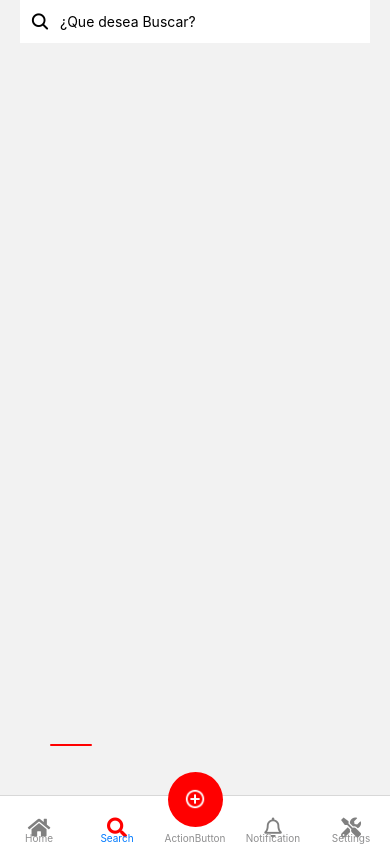
Repository: albertoue93/taller-react-native
Screen: /Search
The author's editor kept a copy of each file at every save. The screen is drawn from the files as they stood at one save, then again after the next save.
The page's requests for data from a server got no answer. The app was drawn by React Native's web renderer in a window 390 px wide. The project was rebuilt for these pictures with package versions that can differ from the ones it lists, and the page was loaded fresh each time. No one was signed in, and anything a server would have sent is missing. Also part of the build but not shown: components/Card.js, screens/PaginaNueva.js, screens/PaginaNoti.js, screens/PaginaConfig.js.

Above is the screen before, as saved 2021-08-26 16:55:00.

### App.js
import { StatusBar } from 'expo-status-bar';
import React from 'react';
import { StyleSheet, Text, View, Animated, Dimensions, Image, TouchableOpacity, Platform } from 'react-native';

import 'react-native-gesture-handler';
import { NavigationContainer } from '@react-navigation/native';
import { createBottomTabNavigator } from '@react-navigation/bottom-tabs';

import plus from './assets/plus.png';

import { FontAwesome5 } from '@expo/vector-icons';
import { useRef } from 'react';

import PaginaHome from './screens/PaginaHome';
import PaginaBuscar from './screens/PaginaSearch';
import PaginaNueva from './screens/PaginaNueva';
import PaginaNoti from './screens/PaginaNoti';
import PaginaConfig from './screens/PaginaConfig';

const Tab = createBottomTabNavigator();

export default function App() {

  const tabOffsetValue = useRef(new Animated.Value(0)).current;

  return (
    <NavigationContainer>
      <Tab.Navigator TabBarOption={{
        showLabel: false,
        style: {
          backgroundColor: 'white',
          position: 'absolute',
          bottom: 40,
          marginHorizontal: 20,
          bright: 60,
          borderRadiues: '#000',
          shadowOpacity: 0.06,
          shadowOffset: {
            width:10,
            height:10
          },
          paddingHorizontal: 29,
        }
      }}>
    <Tab.Screen name={"Home"} component={PaginaHome} options={{
          tabBarIcon: ({ focused }) => (
            <View style={{
              position:'absolute',
              top:20
            }}>
              <FontAwesome5
              name="home"
              size={20}
              color={ focused ? 'red' : 'gray' }
              ></FontAwesome5>
            </View>
          )
        }} listeners = {({ navigation, route }) => ({
          tabPress: e => {
            Animated.spring(tabOffsetValue, {
              toValue:0,
              useNativeDriver:true
            }).start();
          }
        })}></Tab.Screen>

    <Tab.Screen name={"Search"} component={PaginaBuscar} options={{
          tabBarIcon: ({ focused }) => (
            <View style={{
              position:'absolute',
              top:20
            }}>
              <FontAwesome5
              name="search"
              size={20}
              color={ focused ? 'red' : 'gray' }
              ></FontAwesome5>
            </View>
          )
        }} listeners = {({ navigation, route }) => ({
          tabPress: e => {
            Animated.spring(tabOffsetValue, {
              toValue:0,
              useNativeDriver:true
            }).start();
          }
        })}></Tab.Screen>

    <Tab.Screen name={"ActionButton"} component={PaginaNueva} options={{
          tabBarIcon: ({ focused }) => (
            <View style={{
              width:55,
              height:55,
              backgroundColor: 'red',
              borderRadius:30,
              justifyContent: 'center',
              alignItems: 'center',
              marginBottom: Platform.OS == "android" ? 50 : 30
            }}>
              <Image source={plus} style={{
                width:22,
                height:22,
                tintColor: 'white'
              }}></Image>
            </View>
          )
        }} listeners = {({ navigation, route }) => ({
          tabPress: e => {
            Animated.spring(tabOffsetValue, {
              toValue:0,
              useNativeDriver:true
            }).start();
          }
        })}></Tab.Screen>

    <Tab.Screen name={"Notification"} component={PaginaNoti} options={{
          tabBarIcon: ({ focused }) => (
            <View style={{
              position:'absolute',
              top:20
            }}>
              <FontAwesome5
              name="bell"
              size={20}
              color={ focused ? 'red' : 'gray' }
              ></FontAwesome5>
            </View>
          )
        }} listeners = {({ navigation, route }) => ({
          tabPress: e => {
            Animated.spring(tabOffsetValue, {
              toValue:0,
              useNativeDriver:true
            }).start();
          }
        })}></Tab.Screen>

    <Tab.Screen name={"Settings"} component={PaginaConfig} options={{
          tabBarIcon: ({ focused }) => (
            <View style={{
              position:'absolute',
              top:20
            }}>
              <FontAwesome5
              name="tools"
              size={20}
              color={ focused ? 'red' : 'gray' }
              ></FontAwesome5>
            </View>
          )
        }} listeners = {({ navigation, route }) => ({
          tabPress: e => {
            Animated.spring(tabOffsetValue, {
              toValue:0,
              useNativeDriver:true
            }).start();
          }
        })}></Tab.Screen>

      </Tab.Navigator>

      <Animated.View style={{
        width: getWidth() - 20,
        height: 2,
        backgroundColor: 'red',
        position: 'absolute',
        bottom:98,
        left:50,
        borderRadius:20,
        transform: [{
          translateX: tabOffsetValue
        }
      ]
      }}>

      </Animated.View>

    </NavigationContainer>
  );
}

function getWidth(){
  let witdh = Dimensions.get("window").width

  witdh = witdh - 80

  return witdh / 5
}
/*
function PaginaHome(){
  return(
    <View style={{
      flex:1,
      justifyContent: 'center',
      alignItems: 'center'
    }}>
      <Text>Página Principal</Text>
    </View>
  )
}

function PaginaBuscar(){
  return(
    <View style={{
      flex:1,
      justifyContent: 'center',
      alignItems: 'center'
    }}>
      <Text>Página Buscar</Text>
    </View>
  )
}

function PaginaNueva(){
  return(
    <View style={{
      flex:1,
      justifyContent: 'center',
      alignItems: 'center'
    }}>
      <Text>Página Nueva</Text>
    </View>
  )
}

function PaginaNoti(){
  return(
    <View style={{
      flex:1,
      justifyContent: 'center',
      alignItems: 'center'
    }}>
      <Text>Página Notificacion</Text>
    </View>
  )
}

function PaginaConfig(){
  return(
    <View style={{
      flex:1,
      justifyContent: 'center',
      alignItems: 'center'
    }}>
      <Text>Página Configuracion</Text>
    </View>
  )
}
*/
const styles = StyleSheet.create({
  container: {
    flex: 1,
    backgroundColor: '#fff',
    alignItems: 'center',
    justifyContent: 'center',
  },
});

### screens/PaginaHome.js
import React, {Component} from 'react';
import { Text, View, FlatList, ScrollView } from 'react-native';

import Lista from '../components/Card'

class PaginaHome extends Component {

    state = {
        data:[]
    }

    async componentWillMount(){
        await this.retornarEmp()
    }

    async retornarEmp(){
        const res = await fetch('https://zm3x36i1inftpll-listica.adb.us-phoenix-1.oraclecloudapps.com/ords/smart_log/smart/empleados')
        const data = await res.json()

        this.setState({ data })
    }

    render() {
        const { data } = this.state;
        console.log(data);
        return(
            <View style={{
              flex:1,
              justifyContent: 'center',
              alignItems: 'center'
            }}>
                <ScrollView style={{ width:"100%",height:"75%"}} contentContainerStyle={{flexWrap:"wrap",justifyContent:"center"}}>
                    <FlatList data={data.items}
                    keyExtractor={({id},index) => id}
                    renderItem={({item }) => (
                        <Lista name={item.nombre}/>
                    )}/>

                </ScrollView>
            </View>
          );
    }
}

export default PaginaHome;

### screens/PaginaSearch.js
import React, { Component } from 'react';
import { Text, View, SafeAreaView, TextInput, Platform } from 'react-native';

import Icon from 'react-native-vector-icons/Ionicons'
class PaginaSearch extends Component {
    render() {
        return (
            <SafeAreaView style={{ flex: 1 }}>
                <View style={{ flex: 1 }}>
                    <View style={{
                        flexDirection: 'row', padding: 10,
                        backgroundColor: 'white', marginHorizontal: 20,
                        shadowOffset: { width: 0, height: 0 },
                        shadowColor: 'black',
                        shadowOpacity: 0.2,
                        elevation: 1,
                        marginTop: Platform.OS ==  'android' ? 30 : null
                    }}>
                        <Icon name="ios-search" size={ 20 } style={{ marginRight: 10 }} />
                        <TextInput
                            underlineColorAndroid="transparent"
                            placeholder="¿Que desea Buscar?"
                            />
                    </View>
                </View>
            </SafeAreaView>
        );
    }
}

export default PaginaSearch;

After the next save:
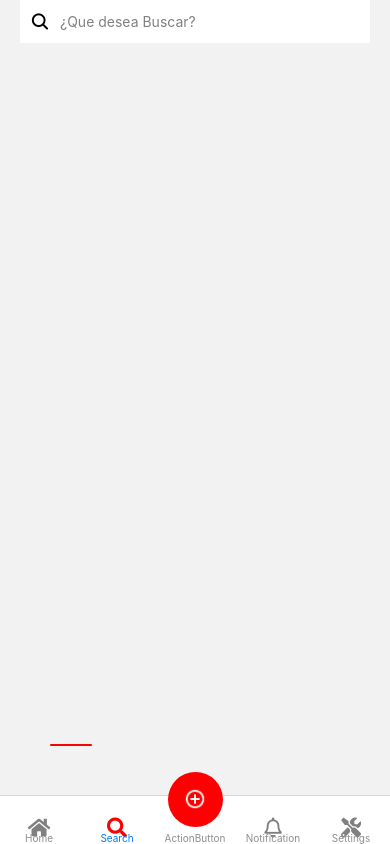
Saved 20 s later.
--- a/screens/PaginaSearch.js
+++ b/screens/PaginaSearch.js
@@ -20,6 +20,7 @@ class PaginaSearch extends Component {
                         <TextInput
                             underlineColorAndroid="transparent"
                             placeholder="¿Que desea Buscar?"
+                            placeholderTextColor="gray"
                             />
                     </View>
                 </View>
